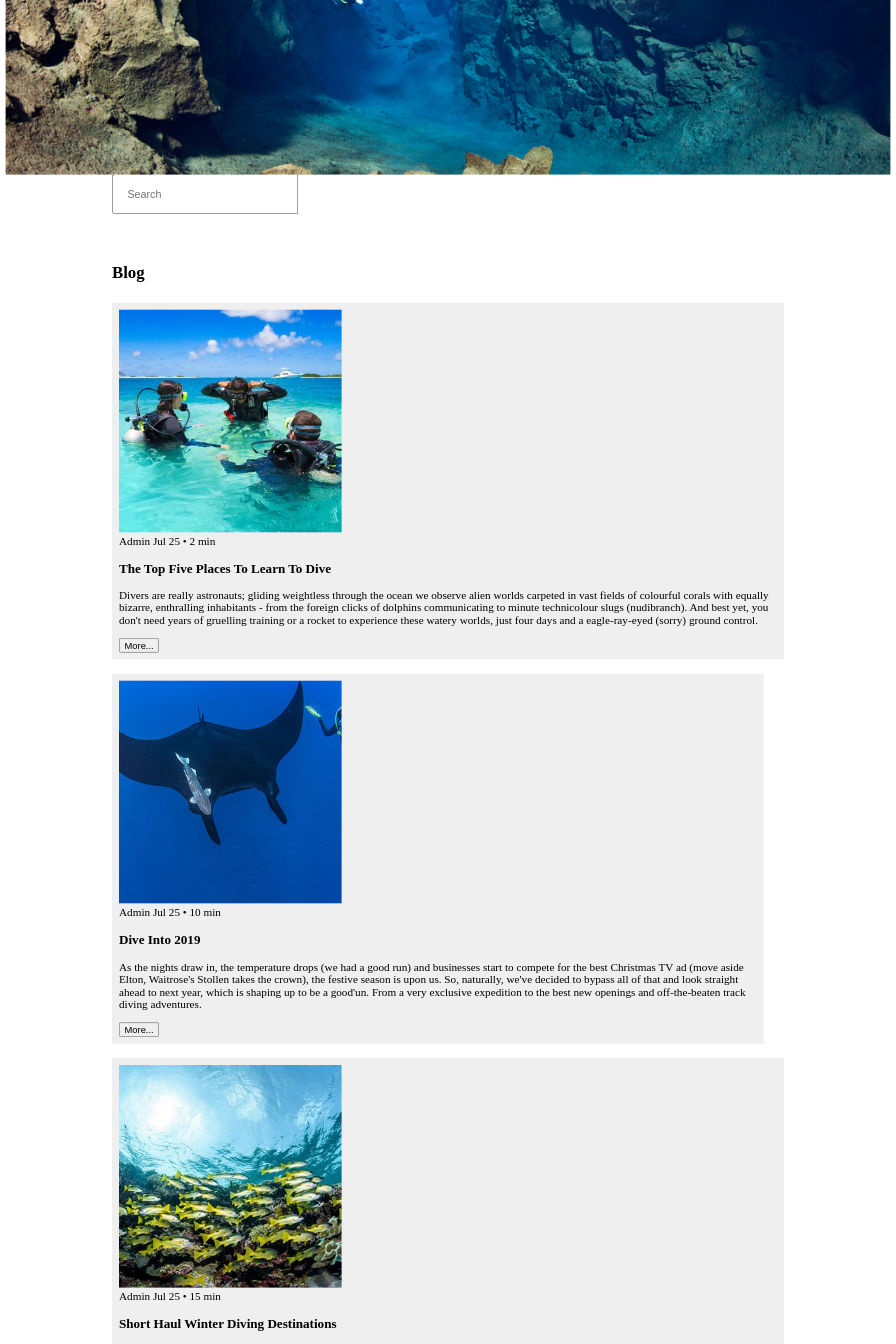
Repository: M1shkaBear/FLX
Page: FLX_homework_3/homework/index.html
An editor plug-in stored every save of this project. The page is shown before and after the next save, followed by the edit.
The browser window is 1280 px wide. The pictures show the part of the page from y = 478 to 2398 px (the page is 4713 px tall before and 4765 px after), at 70% of full size.
The style sheet was rebuilt from its Sass, Less or Tailwind sources for each picture, by a compiler version that may differ from the author's.

Above is the page before, as saved 2019-01-26 16:37:31.

After the next save:
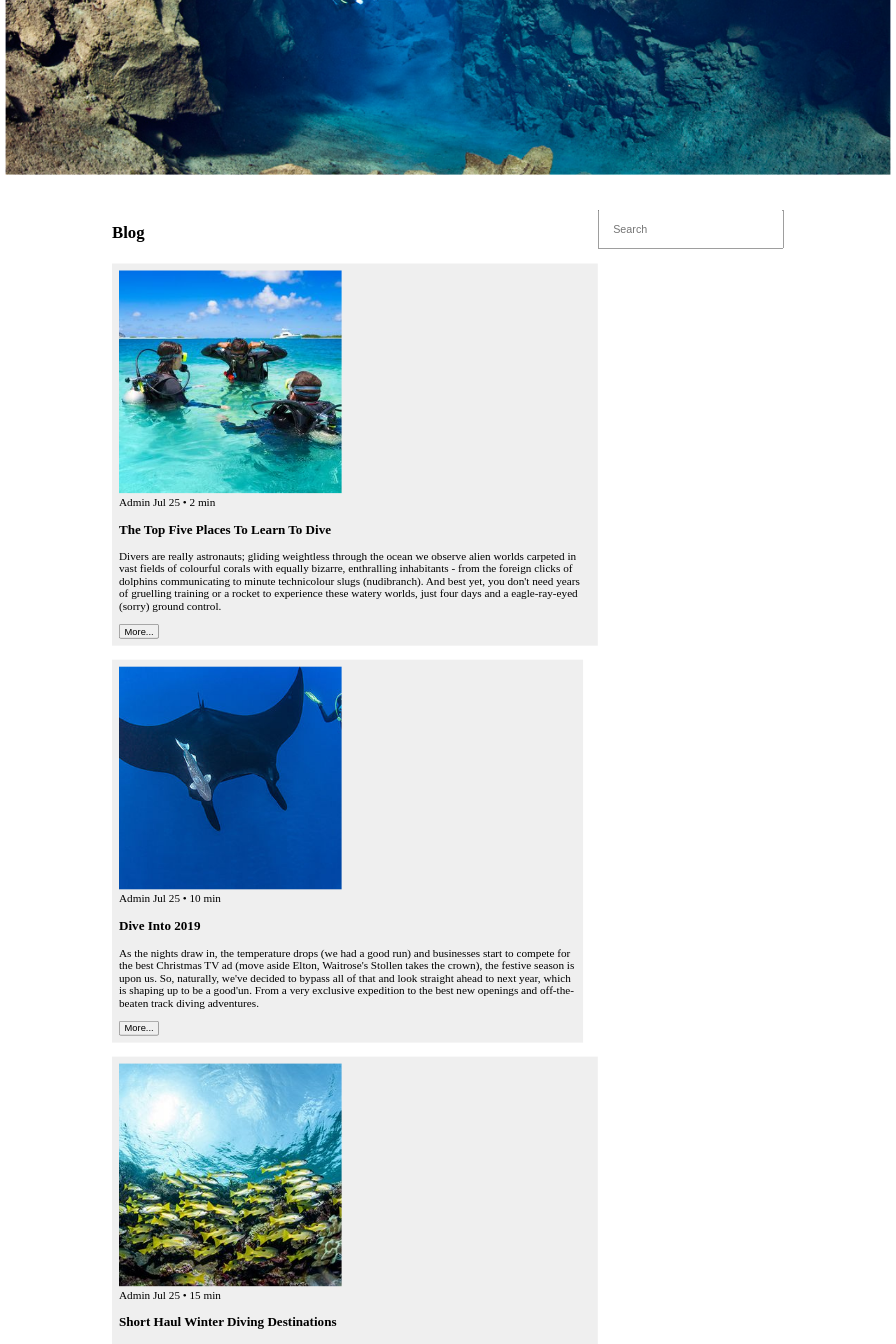
Saved 10 s later.
--- a/FLX_homework_3/homework/scss/_main.scss
+++ b/FLX_homework_3/homework/scss/_main.scss
@@ -60,8 +60,10 @@ header {
 }
 .toolbar {
   width: 100%;
+  display: block;
   margin-bottom: 50px;
   input {
+    float: right;
     padding-left: 20px;
     height: 50px;
     width: 25%;
